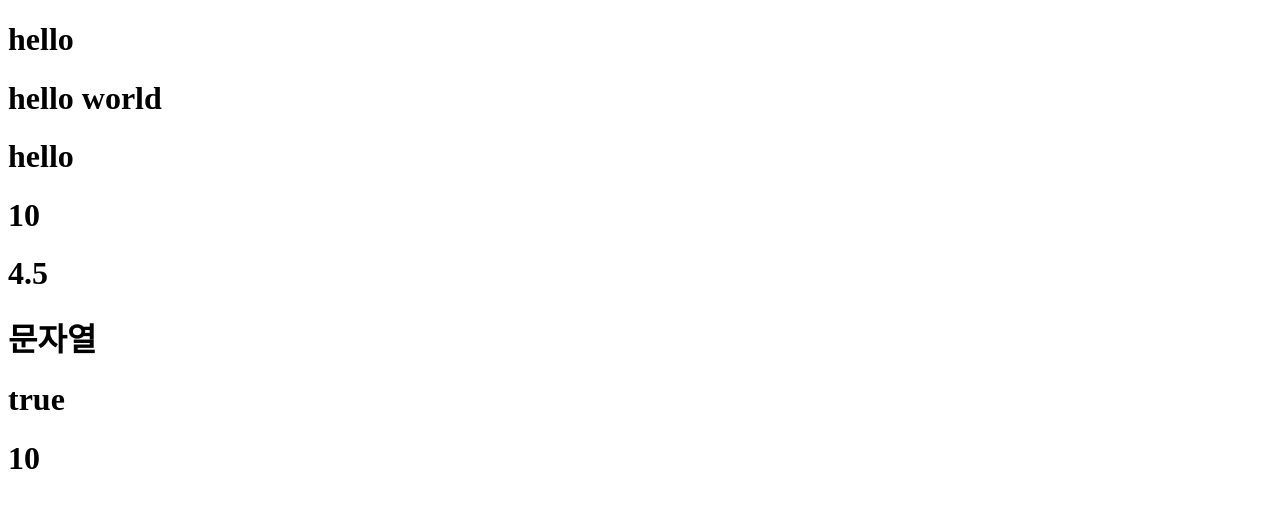
Repository: pro-hk/jsp
Page: http://localhost/chap06/express_language_01.jsp
An editor plug-in stored every save of this project. The page is shown before and after the next save, followed by the edit.
The browser window is 1280 px wide. The pictures show the whole page.
The page is served by Tomcat 9.

Above is the page before, as saved 2022-01-25 06:12:57.

After the next save:
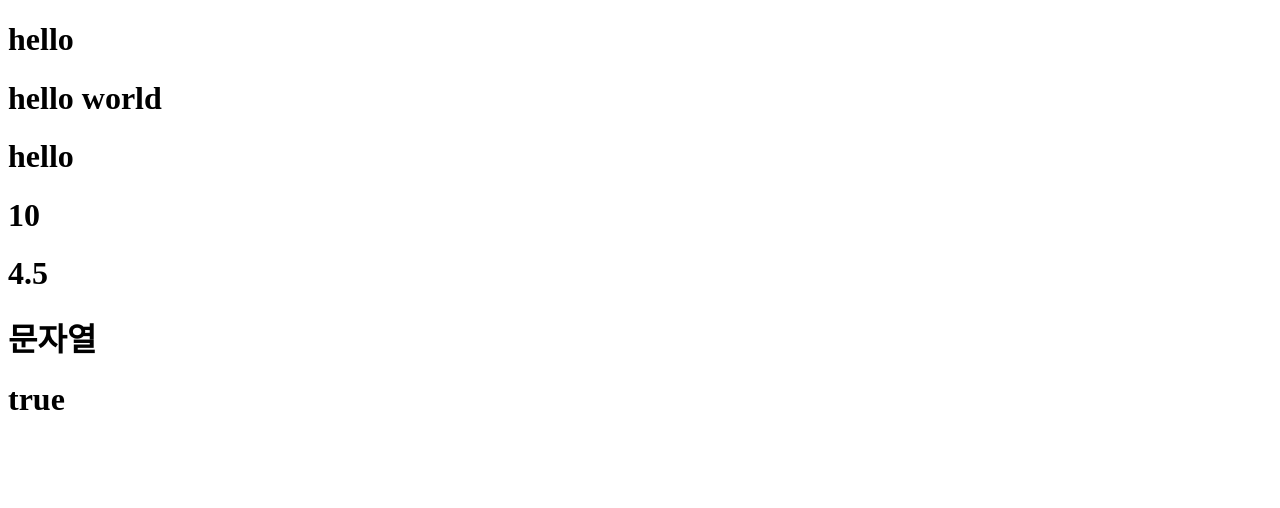
Saved 4 s later.
--- a/chap06/src/main/webapp/express_language_01.jsp
+++ b/chap06/src/main/webapp/express_language_01.jsp
@@ -14,6 +14,6 @@
 	<h1>${4.5 }</h1>
 	<h1>${"문자열" }</h1>
 	<h1>${true }</h1>
-	<h1>${10 }</h1>
+	<h1>${null }</h1>
 </body>
 </html>
